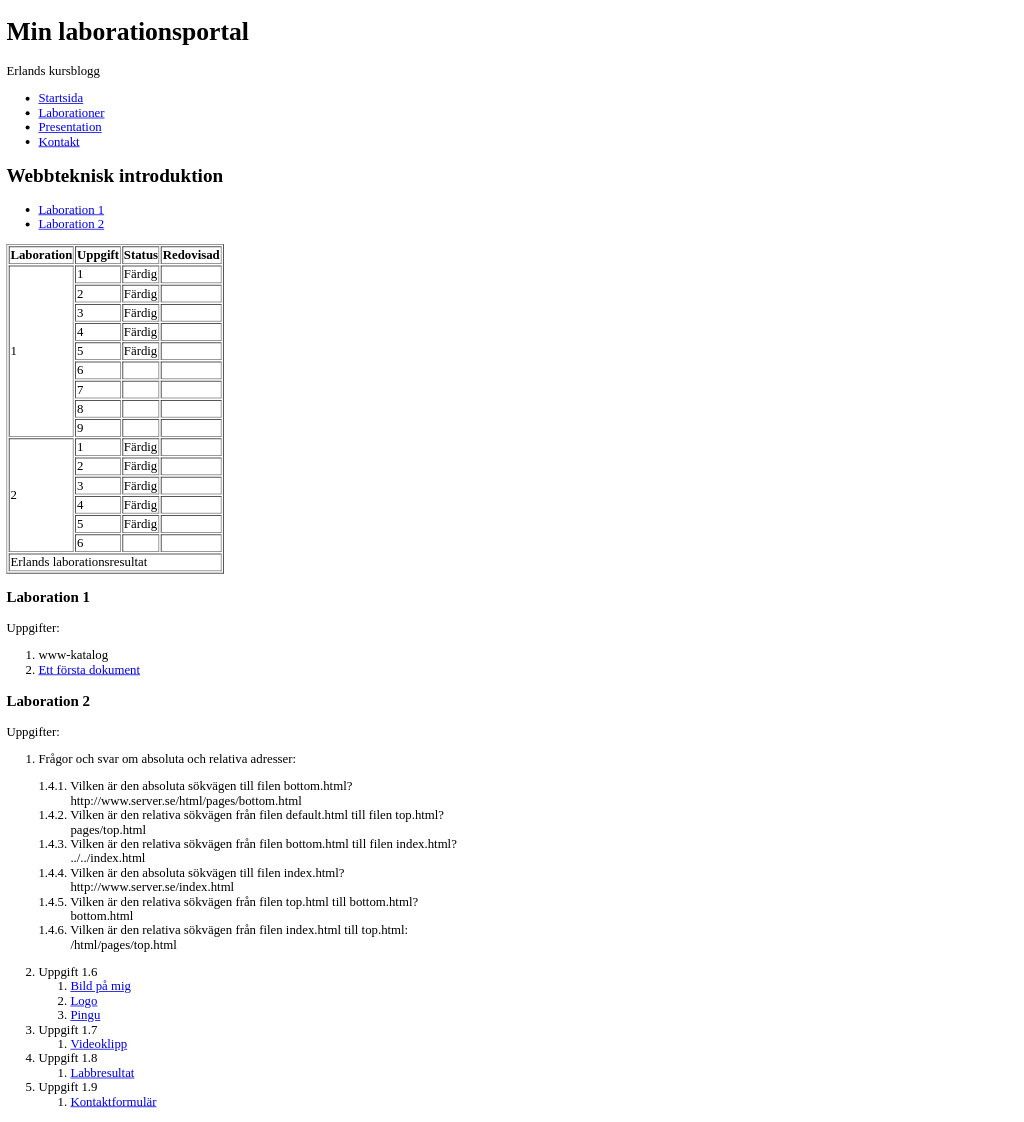
Repository: ej222ru/1IK415-laborationer
Page: pages/laborationer.html
The author's editor kept a record of every edit. The page is drawn from the files as they stood at one moment, then again after the next edit.
The browser window is 1280 px wide. The pictures show the whole page, at 80% of full size.

Above is the page before.

After the next edit:
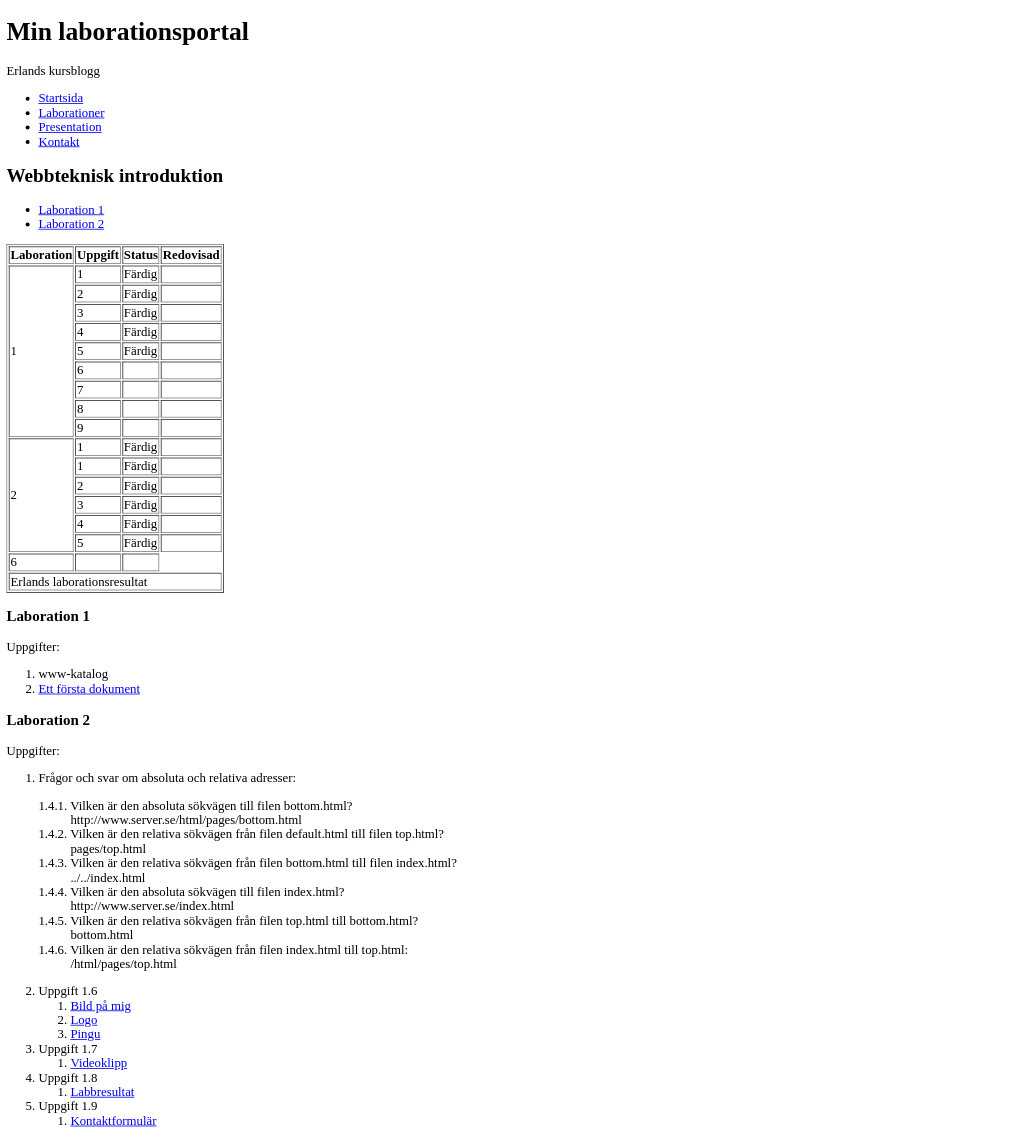
The edit:
--- a/pages/laborationer.html
+++ b/pages/laborationer.html
@@ -87,6 +87,11 @@
                     <td></td>
                 </tr>
                 <tr>
+                    <td>1</td>
+                    <td>Färdig</td>
+                    <td></td>
+                </tr>
+                <tr>
                     <td>2</td>
                     <td>Färdig</td>
                     <td></td>
